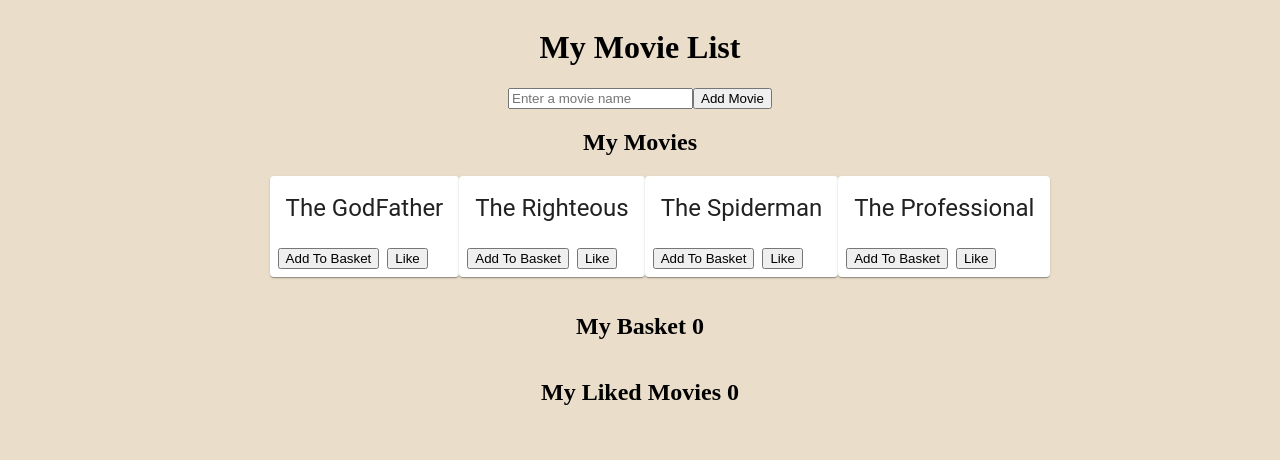
Repository: sinchana-p-iVoyant/redux-movie-store
Page: /
An editor plug-in stored every save of this project. The page is shown before and after the next save, followed by the edit.
The browser window is 1280 px wide. The pictures show the whole page.
The project was rebuilt for these pictures with package versions that can differ from the ones it lists, and the page was loaded fresh each time. Also part of the build but not shown: vite.config.ts.

Above is the page before, as saved 2024-02-15 12:15:01.

### index.html
<!doctype html>
<html lang="en">
  <head>
    <meta charset="UTF-8" />
    <link rel="icon" type="image/svg+xml" href="/vite.svg" />
    <meta name="viewport" content="width=device-width, initial-scale=1.0" />
    <title>Redux Movie Store</title>
  </head>
  <body>
    <div id="root"></div>
    <script type="module" src="/src/main.tsx"></script>
  </body>
</html>

### src/main.tsx
import React from 'react'
import ReactDOM from 'react-dom/client'
import App from './App.tsx'
// import './index.css'
import store from './store/index';
import { Provider } from 'react-redux'


ReactDOM.createRoot(document.getElementById('root')!).render(
  <React.StrictMode>
    <Provider store={store}>
      <App />
    </Provider>
  </React.StrictMode>,
)

### src/App.tsx
import { useState } from "react";
// import './App.css'
import { useSelector, useDispatch } from "react-redux";
import {Movie} from './store/index'
import {Card, CardComponent, CardActions, Button, Typography, CardContent} from '@mui/material'
import { Favorite, FavoriteBorder, AddShoppingCart, RemoveShoppingCart } from "@mui/icons-material";
import './App.css'

const App = () => {
  const [movieTitle, setMovieTitle] = useState("");

  // 🔥 a. To Trigger from UI.
  const dispatch = useDispatch();

  // 🔥 b. To update the UI, based on state updates in the store.

  // movies state (array)
  // const movies = useSelector(state => state.movies)
  // ------> return value: state.movies

  // Note:
  // The function passed to `useSelector` selects a slice of the state that we are interested in.
  // The function parameter specifies the `structure` of the Redux state object.
  // It's `type` annotated in TypeScript to ensure the type safety.
  // specifying the structure of the Redux state object using TypeScript type annotations enhances code quality, readability, and maintainability while providing additional safety checks and tooling support during development.

  const movies = useSelector(
    (state : {
      movies: { title: string; liked: boolean; inBasket: boolean }[];
    }) => state.movies
  );

  // const basket = useSelector((state) => state.basket);
  const basket = useSelector((state: { basket: string[] }) => state.basket);

  // const likedMovies = useSelector((state) => state.likedMovies);
  const likedMovies = useSelector((state: { likedMovies: string[] }) => state.likedMovies);


  // 4. Action Creator
  const handleAddMovie = () => {
    const newMovie = {
      title: movieTitle,
      inBasket: false,
      liked: false
    }
    dispatch({ type: "ADD_MOVIE", payload: newMovie });
    setMovieTitle(""); // Reset back to Empty String
  };

  const handleAddToBasket = (movie: string) => {
    dispatch({ type: "ADD_TO_BASKET", payload: movie });
  };
  const handleAddToLikedMovies = (movie: string) => {
    dispatch({ type: "ADD_TO_LIKED_MOVIE", payload: movie });
  };

  return (
    <div className="container">
      <div>
        <h1>My Movie List</h1>
      </div>
      <div className="add-movie">
        <input
          type="text"
          placeholder="Enter a movie name"
          value={movieTitle}
          onChange={(e) => setMovieTitle(e.target.value)}
        />
        <button onClick={handleAddMovie}>Add Movie</button>
      </div>
      <div>
        <h2>My Movies</h2>
        <ul className="movie-list">
          {movies.map((movie: Movie, index) => (
            <Card key={index}>
              <CardContent>
                <Typography variant="h5" component='h2'>
                  {movie.title}
                </Typography>
              </CardContent>

              <CardActions>
                <button onClick={() => handleAddToBasket(movie.title)}>
                  {movie.inBasket ? "Remove From Basket" : "Add To Basket"}
                </button>
                <button onClick={() => handleAddToLikedMovies(movie.title)}>
                  {movie.liked ? "Dislike" : "Like"}
                </button>
              </CardActions>

            </Card>
          ))}
        </ul>
      </div>
      <div>
        <h2>My Basket {basket.length}</h2>
        <ul>
          {basket.map((basket, index) => (
            <li key={index}>{basket}</li>
          ))}
        </ul>
      </div>
      <div>
        <h2>My Liked Movies {likedMovies.length}</h2>
        <ul>
          {likedMovies.map((likedMovie, index) => (
            <li key={index}>{likedMovie}</li>
          ))}
        </ul>
      </div>
    </div>
  );
};

export default App;

// 1. Save the new movie in the local state.
// 2. Add the new movie in local state to the Store.
// 3. Fetch the movies array, from the store

// 3. a. To display in - My Basket & My Liked Movies

### src/store/index.tsx
import { createStore } from "redux";

export type Movie = {
    title: string,
    inBasket: boolean,
    liked: boolean
}

export type State = {
    movies: Movie[],
    basket: string[],
    likedMovies: string[]
}

type Action =
  | { type: "ADD_MOVIE"; payload: Movie } |
    { type: 'ADD_TO_BASKET', payload: string } |
    { type: "ADD_TO_LIKED_MOVIE", payload: string };

// InitialState
const initialState: State = {
    movies: [
      {title: 'The GodFather', inBasket: false, liked: false},
      {title: 'The Righteous', inBasket: false, liked: false},
      {title: 'The Spiderman', inBasket: false, liked: false},
      {title: 'The Professional', inBasket: false, liked: false},
    ],
    basket: [],
    likedMovies: []
}

// Reducers - Make Immutable Updates
const reducer = (state: State = initialState, action: Action): State => {
  switch (action.type) {
    case 'ADD_MOVIE':
      return {
        ...state,
        movies: [...state.movies, action.payload]
      }
    case 'ADD_TO_BASKET':
      return {
        ...state,
          movies: state.movies.map(movie => movie.title === action.payload ? {...movie, inBasket: !movie.inBasket } : movie),
        basket: state.basket.includes(action.payload) ? state.basket.filter(movie => movie !== action.payload) : [...state.basket, action.payload]
      }
    case 'ADD_TO_LIKED_MOVIE':
      return {
        ...state,
        movies: state.movies.map(movie => movie.title === action.payload ? {...movie, liked: !movie.liked} : movie) ,
        likedMovies: state.likedMovies.includes(action.payload) ? state.likedMovies.filter(movie => movie !== action.payload) :  [...state.likedMovies, action.payload]
      }
    default:
      return state
  }
}

// Store
const store = createStore(reducer)
export default store

// 1. State
// 2. Reducer
// 3. Store

### src/App.css
body {
  background-color: #EADDCA;
}

h1, h2{
  text-align: center;
}

.container {
  display: flex;
  flex-direction: column;
  align-items: center;
  justify-content: center;
}

.movie-list {
  display: flex;
  flex-wrap: wrap;
  justify-content: center;
}

.movie-card {
  width: 250px;
  margin: 10px;
}

.card-content {
  padding: 16px;
}

.card-actions {
  display: flex;
  justify-content: space-between;
}


















/* #root {
  max-width: 1280px;
  margin: 0 auto;
  padding: 2rem;
  text-align: center;
} */

/*
.logo {
  height: 6em;
  padding: 1.5em;
  will-change: filter;
  transition: filter 300ms;
}
.logo:hover {
  filter: drop-shadow(0 0 2em #646cffaa);
}
.logo.react:hover {
  filter: drop-shadow(0 0 2em #61dafbaa);
}

@keyframes logo-spin {
  from {
    transform: rotate(0deg);
  }
  to {
    transform: rotate(360deg);
  }
}

@media (prefers-reduced-motion: no-preference) {
  a:nth-of-type(2) .logo {
    animation: logo-spin infinite 20s linear;
  }
}

.card {
  padding: 2em;
}

.read-the-docs {
  color: #888;
} */

/* ------------------------- */

After the next save:
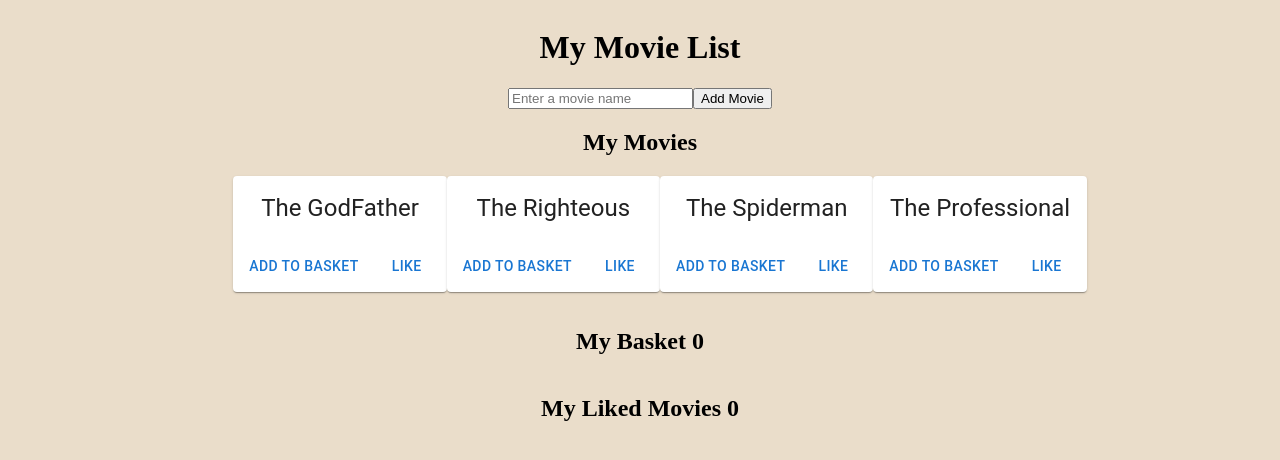
Saved 26 s later.
--- a/src/App.tsx
+++ b/src/App.tsx
@@ -81,12 +81,12 @@ const App = () => {
               </CardContent>
 
               <CardActions>
-                <button onClick={() => handleAddToBasket(movie.title)}>
+                <Button onClick={() => handleAddToBasket(movie.title)}>
                   {movie.inBasket ? "Remove From Basket" : "Add To Basket"}
-                </button>
-                <button onClick={() => handleAddToLikedMovies(movie.title)}>
+                </Button>
+                <Button onClick={() => handleAddToLikedMovies(movie.title)}>
                   {movie.liked ? "Dislike" : "Like"}
-                </button>
+                </Button>
               </CardActions>
 
             </Card>
